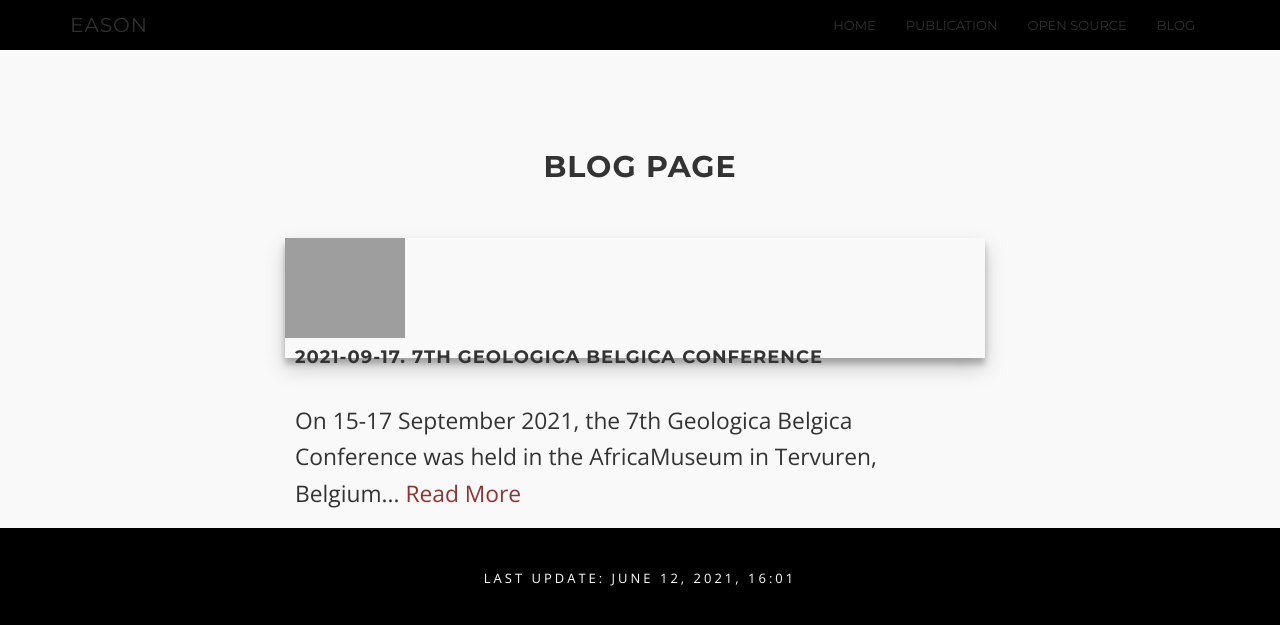
Repository: eazzzon/eazzzon.github.io
Page: blog.html
The author's editor kept a copy of each file at every save. The page is drawn from the files as they stood at one save, then again after the next save.
The browser window is 1280 px wide. The pictures show the whole page.
Pictures or frames that could not be fetched are drawn as grey boxes.

Above is the page before, as saved 2021-09-18 00:04:13.

After the next save:
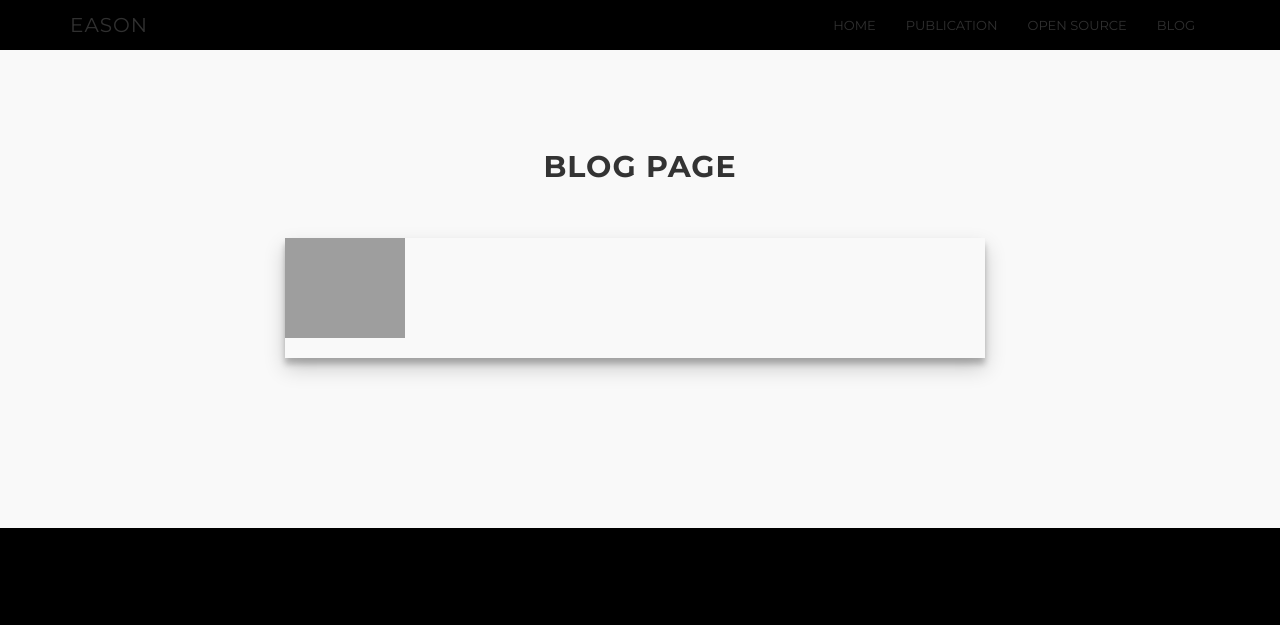
Saved 83 s later.
--- a/blog.html
+++ b/blog.html
@@ -67,7 +67,7 @@
 				<div class="post-box">
 					<img class="box-img" src="https://geologicabelgica2021.africamuseum.be/sites/default/files/media/images/Logo%20Geologica%20Belgica.png" alt="lower crust foundering" />
 					<div class="box-text">
-						<a href="post20210917.html">
+						<a class ='box-text" href="post20210917.html">
 							<h4>2021-09-17. 7th Geologica Belgica Conference </h4>
 						</a>
 						<p style="font-size:120%;">On 15-17 September 2021, the 7th Geologica Belgica Conference was held in the AfricaMuseum in Tervuren, Belgium... <a href="post20210917.html" style="color:rgb(141, 53, 53);">Read More</a></p>
